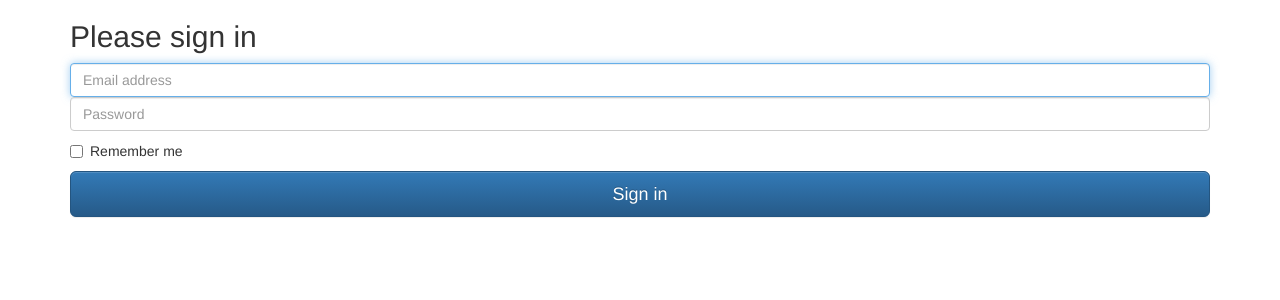
Repository: hrhwbp/Acorn-Final-Project
Page: http://localhost/final_project/index.jsp
These files come from the project's save history. The page is drawn as it stood at one moment and after a run of saves; the edit follows.
The browser window is 1280 px wide. The pictures show the whole page.
Some web libraries are served in a nearby version. The page is served by Tomcat 9. Other server files are loaded and not shown.

Above is the page before, as saved 2016-10-25 08:00:10.

### final_project/src/main/webapp/index.jsp
<%@ page language="java" contentType="text/html; charset=UTF-8"
	pageEncoding="UTF-8"%>
<!DOCTYPE html">
<html>
<head>
<meta http-equiv="Content-Type" content="text/html; charset=UTF-8">
<title>Insert title here</title>
<!-- 합쳐지고 최소화된 최신 CSS -->
<link rel="stylesheet"
	href="https://maxcdn.bootstrapcdn.com/bootstrap/3.3.2/css/bootstrap.min.css">
<!-- 부가적인 테마 -->
<link rel="stylesheet"
	href="https://maxcdn.bootstrapcdn.com/bootstrap/3.3.2/css/bootstrap-theme.min.css">
<!-- 합쳐지고 최소화된 최신 자바스크립트 -->
<script
	src="https://ajax.googleapis.com/ajax/libs/jquery/3.1.1/jquery.min.js"></script>
<script
	src="https://maxcdn.bootstrapcdn.com/bootstrap/3.3.2/js/bootstrap.min.js"></script>
<script src="https://oss.maxcdn.com/html5shiv/3.7.2/html5shiv.min.js"></script>
<script src="https://oss.maxcdn.com/respond/1.4.2/respond.min.js"></script>
</head>
<body>
<div class="container">
</div>
	<div class="container">

	</div>
	<div class="container">

		<form class="form-signin">
			<h2 class="form-signin-heading">Please sign in</h2>
			<label for="inputEmail" class="sr-only">Email address</label> <input
				type="email" id="inputEmail" class="form-control"
				placeholder="Email address" required autofocus> <label
				for="inputPassword" class="sr-only">Password</label> <input
				type="password" id="inputPassword" class="form-control"
				placeholder="Password" required>
			<div class="checkbox">
				<label> <input type="checkbox" value="remember-me">
					Remember me
				</label>
			</div>
			<button class="btn btn-lg btn-primary btn-block" type="submit">Sign
				in</button>
		</form>

	</div>
	<!-- /container -->
</body>
</html>

After the next 2 saves:
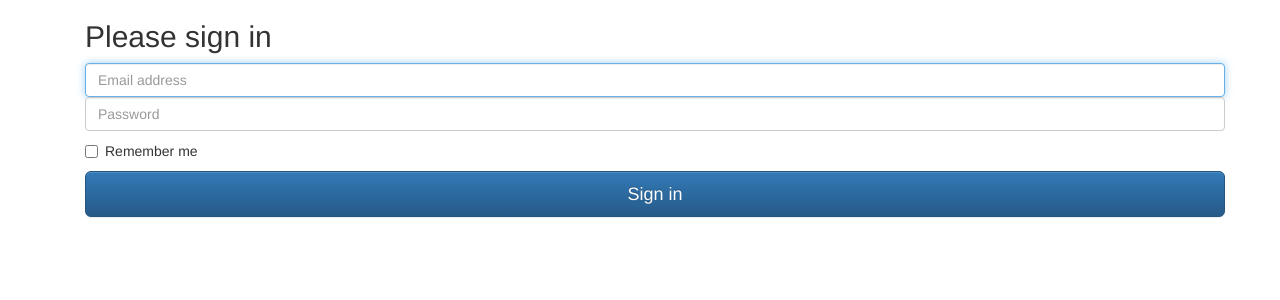
The 2 saves are shown as one change because they came seconds apart.
The last was saved 11 s later.
--- a/final_project/src/main/webapp/index.jsp
+++ b/final_project/src/main/webapp/index.jsp
@@ -21,7 +21,6 @@
 </head>
 <body>
 <div class="container">
-</div>
 	<div class="container">
 
 	</div>
@@ -45,6 +44,6 @@
 		</form>
 
 	</div>
-	<!-- /container -->
+</div>
 </body>
 </html>
